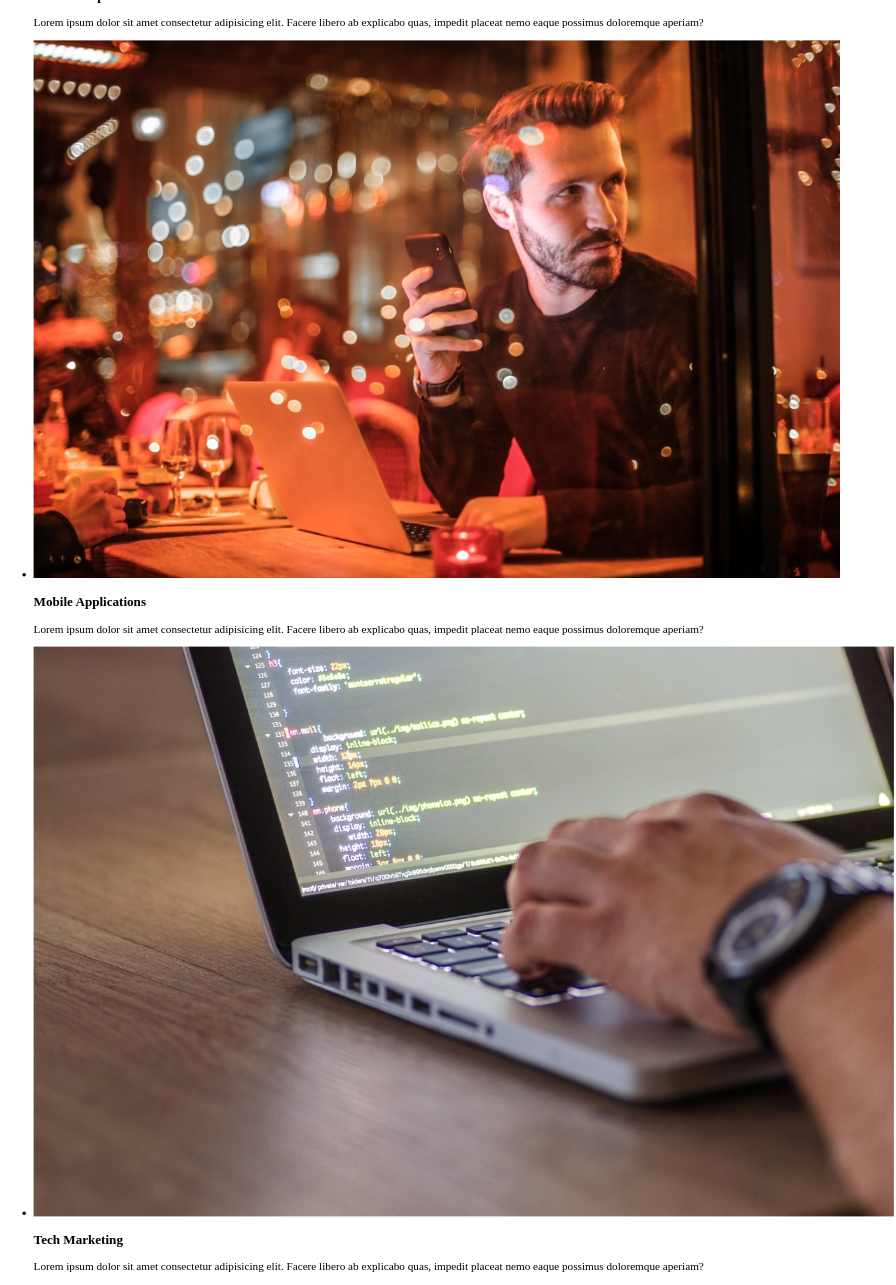
Repository: ErikBaer/MobileFirst
Page: index.html
These files come from the project's save history. The page is drawn as it stood at one moment and after the next save; the edit follows.
The browser window is 1280 px wide. The pictures show the part of the page from y = 1104 to 3024 px (the page is 2939 px tall before and 3024 px after), at 70% of full size.

Above is the page before, as saved 2020-02-15 02:28:12.

### index.html
<!DOCTYPE html>
<html lang="en">
<head>
    <meta charset="UTF-8">
    <meta name="viewport" content="width=device-width, initial-scale=1.0">
    <title>Acme Web Solutions</title>
</head>
<body>
    <!--Header Showcase -->
   <header id="showcase" class="grid">
    <div class="bg-image"></div>
    <h1>Welcome to Acme Web Solutions</h1>
    <p>Lorem ipsum, dolor sit amet consectetur adipisicing elit.
         Consequuntur voluptas sed, rerum voluptatibus facilis
         earum consectetur repellendus? Natus, consequuntur cum!
        </p>
    <a href="#section-b" class="btn">Read More</a>
</header>

<!-- Main Area -->

<main id="main">

    <!-- Section A -->

    <section id="section-a" class="grid">
        <div class="content-wrap">
            <h2 class="content-title">Web & Application Development</h2>
            <p>Lorem ipsum dolor sit amet consectetur, adipisicing elit.
                Distinctio, unde, natus excepturi illum maxime animi
                voluptatum tempore, aperiam voluptate sapiente enim quod
                 eligendi illo accusamus vel adipisci? Quos minus eius
                 perspiciatis ut, aliquam quidem ullam minima illo
                 repellendus earum quae.</p>
        </div>
    </section>

    <!-- Section B -->

    <section id="section-b" class="grid">
        <ul>
            <li>
                <div class="card">
                    <img src="./Assets/Coding-Person.jpg" alt="">
                    <div class="card-content">
                        <h3 class="card-title">web Development</h3>
                        <p>Lorem ipsum dolor sit amet consectetur
                            adipisicing elit. Facere libero ab explicabo
                            quas, impedit placeat nemo eaque possimus
                            doloremque aperiam?</p>
                    </div>
                </div>
            </li>
            <li>
                <div class="card">
                    <img src="./Assets/mobile-man.jpg" alt="">
                    <div class="card-content">
                        <h3 class="card-title">Mobile Applications</h3>
                        <p>Lorem ipsum dolor sit amet consectetur
                            adipisicing elit. Facere libero ab explicabo
                            quas, impedit placeat nemo eaque possimus
                            doloremque aperiam?</p>
                    </div>
                </div>
            </li>
            <li>
                <div class="card">
                    <img src="./Assets/Coding-Person.jpg" alt="">
                    <div class="card-content">
                        <h3 class="card-title">Tech Marketing</h3>
                        <p>Lorem ipsum dolor sit amet consectetur
                            adipisicing elit. Facere libero ab explicabo
                            quas, impedit placeat nemo eaque possimus
                            doloremque aperiam?</p>
                    </div>
                </div>
            </li>
        </ul>
    </section>

    <!-- Section C -->
    <section id="section-c" class="grid"></section>

</main>
</body>
</html>

After the next save:
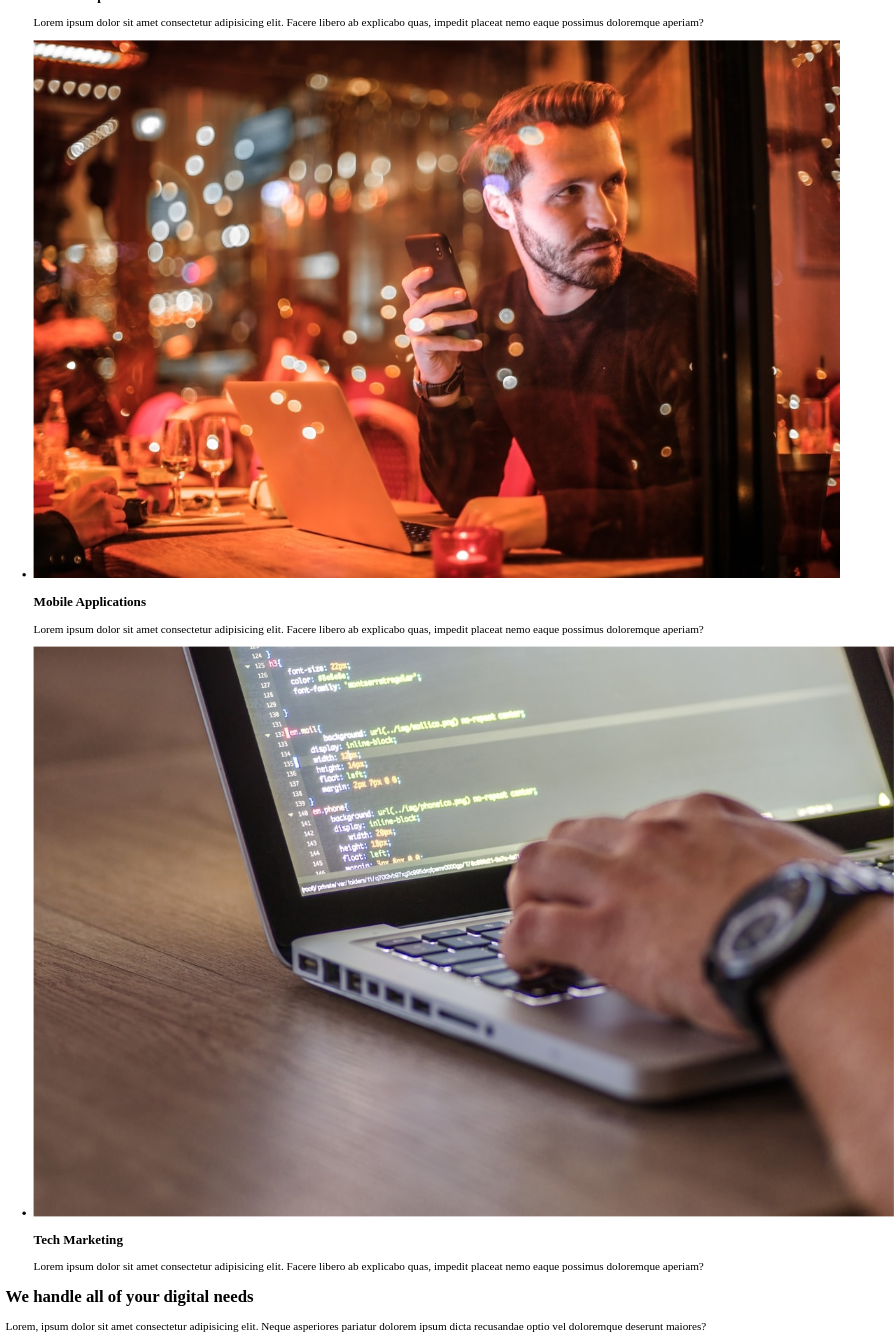
Saved 45 s later.
--- a/index.html
+++ b/index.html
@@ -79,7 +79,12 @@
     </section>
 
     <!-- Section C -->
-    <section id="section-c" class="grid"></section>
+    <section id="section-c" class="grid">
+        <div class="content-wrap">
+            <h2 class="content-title"> We handle all of your digital needs</h2>
+            <p>Lorem, ipsum dolor sit amet consectetur adipisicing elit. Neque asperiores pariatur dolorem ipsum dicta recusandae optio vel doloremque deserunt maiores?</p>
+        </div>
+    </section>
 
 </main>
 </body>
